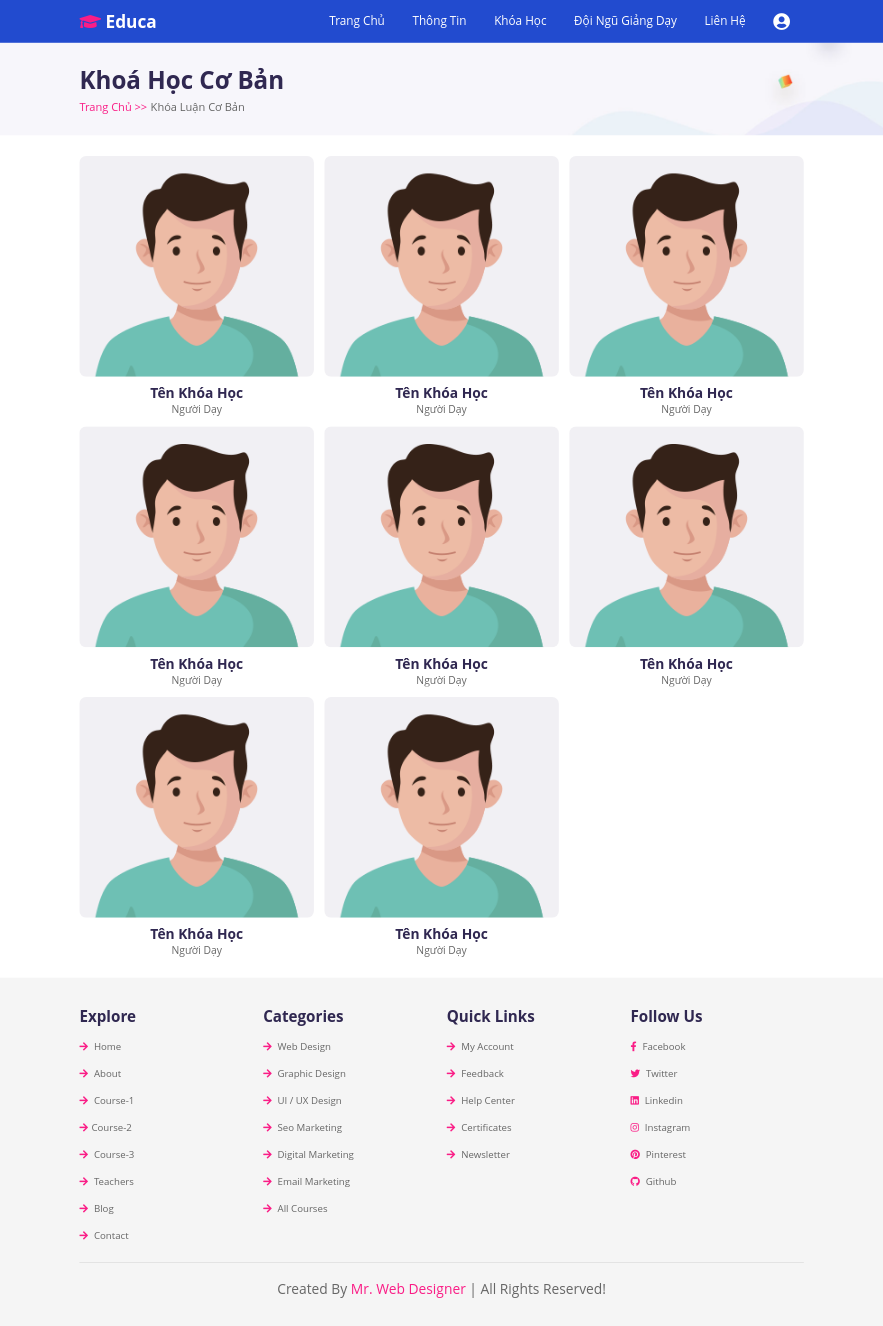
Repository: nhatkhanh022400/Layout
Page: Page-User/course-1.html
An editor plug-in stored every save of this project. The page is shown before and after the next save, followed by the edit.
The browser window is 1280 px wide. The pictures show the whole page, at 69% of full size.

Above is the page before, as saved 2022-03-22 16:32:45.
Console error: ReferenceError: $ is not defined

### Page-User/course-1.html
<!DOCTYPE html>
<html lang="en">

<head>
    <meta charset="UTF-8">
    <meta http-equiv="X-UA-Compatible" content="IE=edge">
    <meta name="viewport" content="width=device-width, initial-scale=1.0">
    <title>Khoá Học Cơ Bản</title>

    <!-- font awesome cdn link  -->
    <link rel="stylesheet" href="https://cdnjs.cloudflare.com/ajax/libs/font-awesome/5.15.4/css/all.min.css">

    <!-- custom css file link  -->
    <link rel="stylesheet" href="css/style.css">
    <link rel="stylesheet" href="https://unpkg.com/aos@next/dist/aos.css" />

</head>

<body>

    <!-- header section starts  -->

    <header class="header">

        <a href="home.html" class="logo"> <i class="fas fa-graduation-cap"></i> educa </a>

        <div id="menu-btn" class="fas fa-bars"></div>

        <nav class="navbar">
            <ul>
                <li><a href="home.html">Trang Chủ</a></li>
                <li><a href="about.html">Thông Tin</a></li>
                <li><a href="#">Khóa Học</a>
                    <ul>
                        <li><a href="course-1.html">Khóa Học Cơ Bản</a></li>
                        <li><a href="course-2.html">Khóa Học Nâng Cao </a></li>

                    </ul>
                </li>
                <li>
                    <a href="#">Đội Ngũ Giảng Dạy</a>
                    <ul>
                        <li><a href="blog.html">Giới Thiệu</a></li>
                        <li><a href="teachers.html">Giảng Viên</a></li>
                    </ul>
                </li>
                <li><a href="contact.html">Liên Hệ</a></li>
                <li>
                    <a href="#">
                        <i class="fas fa-user-circle"></i>
                    </a>
                    <ul>
                        <li><a href="user.html">Profile</a></li>
                        <li><a href="sign-up.html">Đăng Xuất</a></li>
                    </ul>

                </li>
            </ul>
        </nav>

    </header>

    <!-- header section ends -->

    <section class="heading">
        <h3>Khoá Học Cơ Bản</h3>
        <p> <a href="home.html">Trang Chủ >></a>Khóa Luận Cơ Bản</p>
    </section>

    <!-- course-1 section starts  -->

    <section class="teachers" data-aos="fade-left">

        <div class="box">
            <div class="image">
                <img src="images/teacher-1.png" alt="">
                <div class="share">
                    <button>Chi Tiết</button>
                    <a href="#">
                        <i class="fas fa-heart"></i>
                    </a>
                    <div class="status">
                        Trạng Thái: Hoàn Thành <br>
                        Bắt Đầu: 22/03/2022
                    </div>
                </div>
            </div>
            <div class="content">
                <h3>Tên Khóa Học</h3>
                <span>Người Dạy</span>
            </div>
        </div>

        <div class="box">
            <div class="image">
                <img src="images/teacher-1.png" alt="">
                <div class="share">
                    <button>Chi Tiết</button>
                    <a href="#">
                        <i class="fas fa-heart"></i>
                    </a>
                    <div class="status">
                        Trạng Thái: Hoàn Thành <br>
                        Bắt Đầu: 22/03/2022
                    </div>
                </div>
            </div>
            <div class="content">
                <h3>Tên Khóa Học</h3>
                <span>Người Dạy</span>
            </div>
        </div>

        <div class="box">
            <div class="image">
                <img src="images/teacher-1.png" alt="">
                <div class="share">
                    <button>Chi Tiết</button>
                    <a href="#">
                        <i class="fas fa-heart"></i>
                    </a>
                    <div class="status">
                        Trạng Thái: Hoàn Thành <br>
                        Bắt Đầu: 22/03/2022
                    </div>
                </div>
            </div>
            <div class="content">
                <h3>Tên Khóa Học</h3>
                <span>Người Dạy</span>
            </div>
        </div>

        <div class="box">
            <div class="image">
                <img src="images/teacher-1.png" alt="">
                <div class="share">
                    <button>Chi Tiết</button>
                    <a href="#">
                        <i class="fas fa-heart"></i>
                    </a>
                    <div class="status">
                        Trạng Thái: Hoàn Thành <br>
                        Bắt Đầu: 22/03/2022
                    </div>
                </div>
            </div>
            <div class="content">
                <h3>Tên Khóa Học</h3>
                <span>Người Dạy</span>
            </div>
        </div>

        <div class="box">
            <div class="image">
                <img src="images/teacher-1.png" alt="">
                <div class="share">
                    <button>Chi Tiết</button>
                    <a href="#">
                        <i class="fas fa-heart"></i>
                    </a>
                    <div class="status">
                        Trạng Thái: Hoàn Thành <br>
                        Bắt Đầu: 22/03/2022
                    </div>
                </div>
            </div>
            <div class="content">
                <h3>Tên Khóa Học</h3>
                <span>Người Dạy</span>
            </div>
        </div>

        <div class="box">
            <div class="image">
                <img src="images/teacher-1.png" alt="">
                <div class="share">
                    <button>Chi Tiết</button>
                    <a href="#">
                        <i class="fas fa-heart"></i>
                    </a>
                    <div class="status">
                        Trạng Thái: Hoàn Thành <br>
                        Bắt Đầu: 22/03/2022
                    </div>
                </div>
            </div>
            <div class="content">
                <h3>Tên Khóa Học</h3>
                <span>Người Dạy</span>
            </div>
        </div>

        <div class="box">
            <div class="image">
                <img src="images/teacher-1.png" alt="">
                <div class="share">
                    <button>Chi Tiết</button>
                    <a href="#">
                        <i class="fas fa-heart"></i>
                    </a>
                    <div class="status">
                        Trạng Thái: Hoàn Thành <br>
                        Bắt Đầu: 22/03/2022
                    </div>
                </div>
            </div>
            <div class="content">
                <h3>Tên Khóa Học</h3>
                <span>Người Dạy</span>
            </div>
        </div>

        <div class="box">
            <div class="image">
                <img src="images/teacher-1.png" alt="">
                <div class="share">
                    <button>Chi Tiết</button>
                    <a href="#">
                        <i class="fas fa-heart"></i>
                    </a>
                    <div class="status">
                        Trạng Thái: Hoàn Thành <br>
                        Bắt Đầu: 22/03/2022
                    </div>
                </div>
            </div>
            <div class="content">
                <h3>Tên Khóa Học</h3>
                <span>Người Dạy</span>
            </div>
        </div>

    </section>


    <!-- course-1 section ends -->














    <!-- footer section starts  -->

    <section class="footer" data-aos="fade-right">

        <div class="box-container">

            <div class="box">
                <h3>explore</h3>
                <a href="home.html"> <i class="fas fa-arrow-right"></i> home </a>
                <a href="about.html"> <i class="fas fa-arrow-right"></i> about </a>
                <a href="course-1.html"> <i class="fas fa-arrow-right"></i> course-1 </a>
                <a href="course-2.html"> <i class="fas fa-arrow-right"></i>course-2 </a>
                <a href="course-3.html"> <i class="fas fa-arrow-right"></i> course-3 </a>
                <a href="teachers.html"> <i class="fas fa-arrow-right"></i> teachers </a>
                <a href="blog.html"> <i class="fas fa-arrow-right"></i> blog </a>
                <a href="contact.html"> <i class="fas fa-arrow-right"></i> contact </a>
            </div>

            <div class="box">
                <h3>categories</h3>
                <a href="#"> <i class="fas fa-arrow-right"></i> web design </a>
                <a href="#"> <i class="fas fa-arrow-right"></i> graphic design</a>
                <a href="#"> <i class="fas fa-arrow-right"></i> UI / UX design</a>
                <a href="#"> <i class="fas fa-arrow-right"></i> seo marketing</a>
                <a href="#"> <i class="fas fa-arrow-right"></i> digital marketing</a>
                <a href="#"> <i class="fas fa-arrow-right"></i> email marketing</a>
                <a href="#"> <i class="fas fa-arrow-right"></i> all courses</a>
            </div>

            <div class="box">
                <h3>quick links</h3>
                <a href="#"> <i class="fas fa-arrow-right"></i> my account </a>
                <a href="#"> <i class="fas fa-arrow-right"></i> feedback </a>
                <a href="#"> <i class="fas fa-arrow-right"></i> help center </a>
                <a href="#"> <i class="fas fa-arrow-right"></i> certificates </a>
                <a href="#"> <i class="fas fa-arrow-right"></i> newsletter </a>
            </div>

            <div class="box">
                <h3>follow us</h3>
                <a href="#"> <i class="fab fa-facebook-f"></i> facebook </a>
                <a href="#"> <i class="fab fa-twitter"></i> twitter </a>
                <a href="#"> <i class="fab fa-linkedin"></i> linkedin </a>
                <a href="#"> <i class="fab fa-instagram"></i> instagram </a>
                <a href="#"> <i class="fab fa-pinterest"></i> pinterest </a>
                <a href="#"> <i class="fab fa-github"></i> github </a>
            </div>

        </div>

        <div class="credit"> created by <span>mr. web designer</span> | all rights reserved! </div>

    </section>

    <!-- footer section ends -->

    <!-- custom js file link  -->
    <script src="js/script.js"></script>
    <script src="https://unpkg.com/aos@next/dist/aos.js"></script>
    <script>
        AOS.init();
    </script>

</body>

</html>

Loaded but not shown: Page-User/js/script.js (21 lines, source omitted); Page-User/css/style.css (832 lines, source omitted)

After the next save:
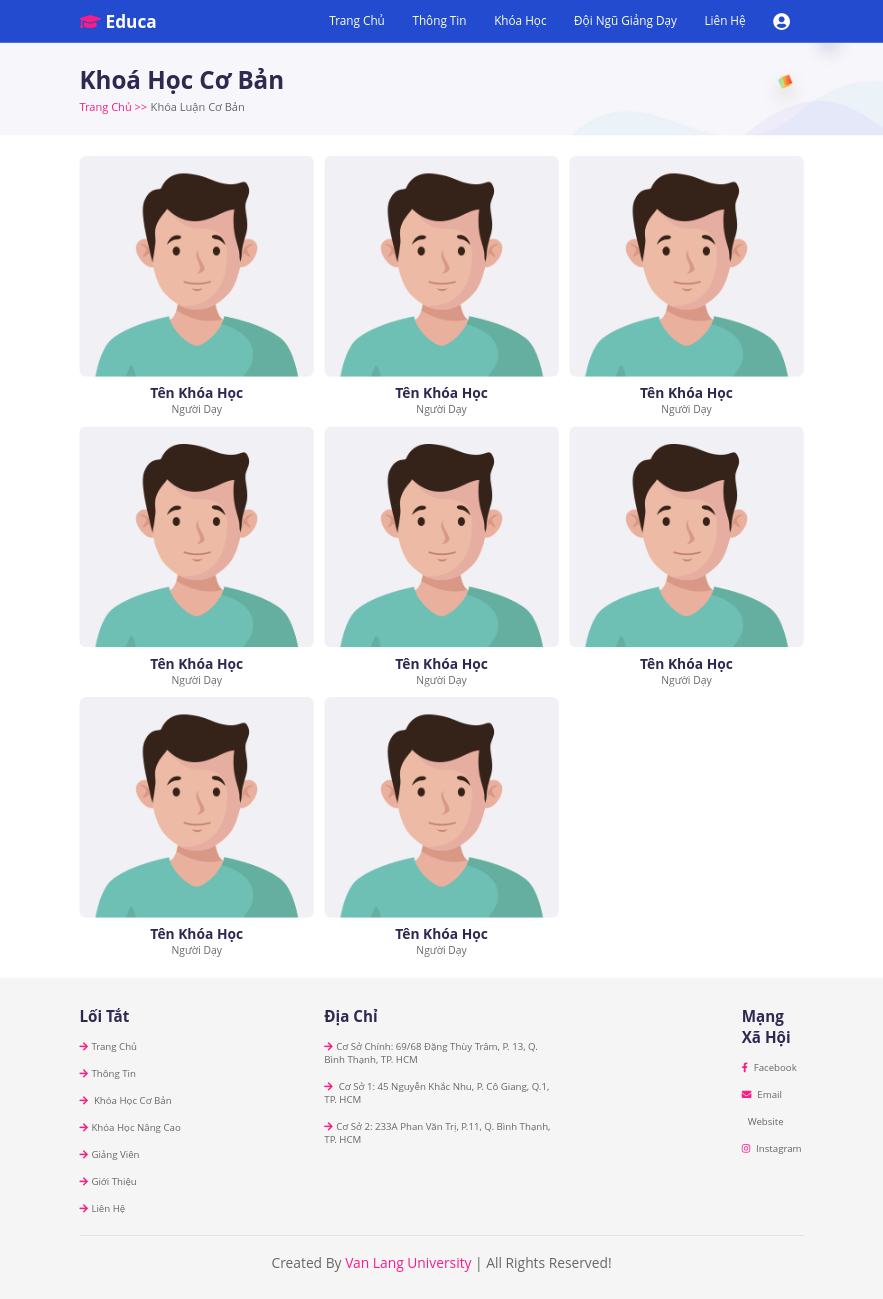
Saved 8 s later.
--- a/Page-User/course-1.html
+++ b/Page-User/course-1.html
@@ -251,55 +251,41 @@
 
     <!-- footer section starts  -->
 
-    <section class="footer" data-aos="fade-right">
+    <section class="footer">
 
         <div class="box-container">
 
             <div class="box">
-                <h3>explore</h3>
-                <a href="home.html"> <i class="fas fa-arrow-right"></i> home </a>
-                <a href="about.html"> <i class="fas fa-arrow-right"></i> about </a>
-                <a href="course-1.html"> <i class="fas fa-arrow-right"></i> course-1 </a>
-                <a href="course-2.html"> <i class="fas fa-arrow-right"></i>course-2 </a>
-                <a href="course-3.html"> <i class="fas fa-arrow-right"></i> course-3 </a>
-                <a href="teachers.html"> <i class="fas fa-arrow-right"></i> teachers </a>
-                <a href="blog.html"> <i class="fas fa-arrow-right"></i> blog </a>
-                <a href="contact.html"> <i class="fas fa-arrow-right"></i> contact </a>
+                <h3>Lối Tắt</h3>
+                <a href="home.html"> <i class="fas fa-arrow-right"></i>Trang Chủ</a>
+                <a href="about.html"> <i class="fas fa-arrow-right"></i>Thông Tin </a>
+                <a href="course-1.html"> <i class="fas fa-arrow-right"></i> Khóa Học Cơ Bản</a>
+                <a href="course-2.html"> <i class="fas fa-arrow-right"></i>Khóa Học Nâng Cao</a>
+                <a href="teachers.html"> <i class="fas fa-arrow-right"></i>Giảng Viên</a>
+                <a href="blog.html"> <i class="fas fa-arrow-right"></i>Giới Thiệu</a>
+                <a href="contact.html"> <i class="fas fa-arrow-right"></i>Liên Hệ</a>
             </div>
 
             <div class="box">
-                <h3>categories</h3>
-                <a href="#"> <i class="fas fa-arrow-right"></i> web design </a>
-                <a href="#"> <i class="fas fa-arrow-right"></i> graphic design</a>
-                <a href="#"> <i class="fas fa-arrow-right"></i> UI / UX design</a>
-                <a href="#"> <i class="fas fa-arrow-right"></i> seo marketing</a>
-                <a href="#"> <i class="fas fa-arrow-right"></i> digital marketing</a>
-                <a href="#"> <i class="fas fa-arrow-right"></i> email marketing</a>
-                <a href="#"> <i class="fas fa-arrow-right"></i> all courses</a>
-            </div>
-
-            <div class="box">
-                <h3>quick links</h3>
-                <a href="#"> <i class="fas fa-arrow-right"></i> my account </a>
-                <a href="#"> <i class="fas fa-arrow-right"></i> feedback </a>
-                <a href="#"> <i class="fas fa-arrow-right"></i> help center </a>
-                <a href="#"> <i class="fas fa-arrow-right"></i> certificates </a>
-                <a href="#"> <i class="fas fa-arrow-right"></i> newsletter </a>
-            </div>
-
-            <div class="box">
-                <h3>follow us</h3>
+                <h3>Địa Chỉ</h3>
+                <a href="#"> <i class="fas fa-arrow-right"></i>Cơ sở chính: 69/68 Đặng Thùy Trâm, P. 13, Q. Bình Thạnh, TP. HCM</a>
+                <a href="#"> <i class="fas fa-arrow-right"></i> Cơ sở 1: 45 Nguyễn Khắc Nhu, P. Cô Giang, Q.1, TP. HCM</a>
+                <a href="#"> <i class="fas fa-arrow-right"></i>Cơ sở 2: 233A Phan Văn Trị, P.11, Q. Bình Thạnh, TP. HCM</a>
+
+            </div>
+
+            <div class="box" style="margin-left: 25rem;">
+                <h3>Mạng Xã Hội</h3>
                 <a href="#"> <i class="fab fa-facebook-f"></i> facebook </a>
-                <a href="#"> <i class="fab fa-twitter"></i> twitter </a>
-                <a href="#"> <i class="fab fa-linkedin"></i> linkedin </a>
+                <a href="#"> <i class="fas fa-envelope"></i> email</a>
+                <a href="#"> <i class="far fa-browser"></i> website </a>
                 <a href="#"> <i class="fab fa-instagram"></i> instagram </a>
-                <a href="#"> <i class="fab fa-pinterest"></i> pinterest </a>
-                <a href="#"> <i class="fab fa-github"></i> github </a>
-            </div>
-
-        </div>
-
-        <div class="credit"> created by <span>mr. web designer</span> | all rights reserved! </div>
+
+            </div>
+
+        </div>
+
+        <div class="credit"> created by <span>Van Lang University</span> | all rights reserved! </div>
 
     </section>
 
